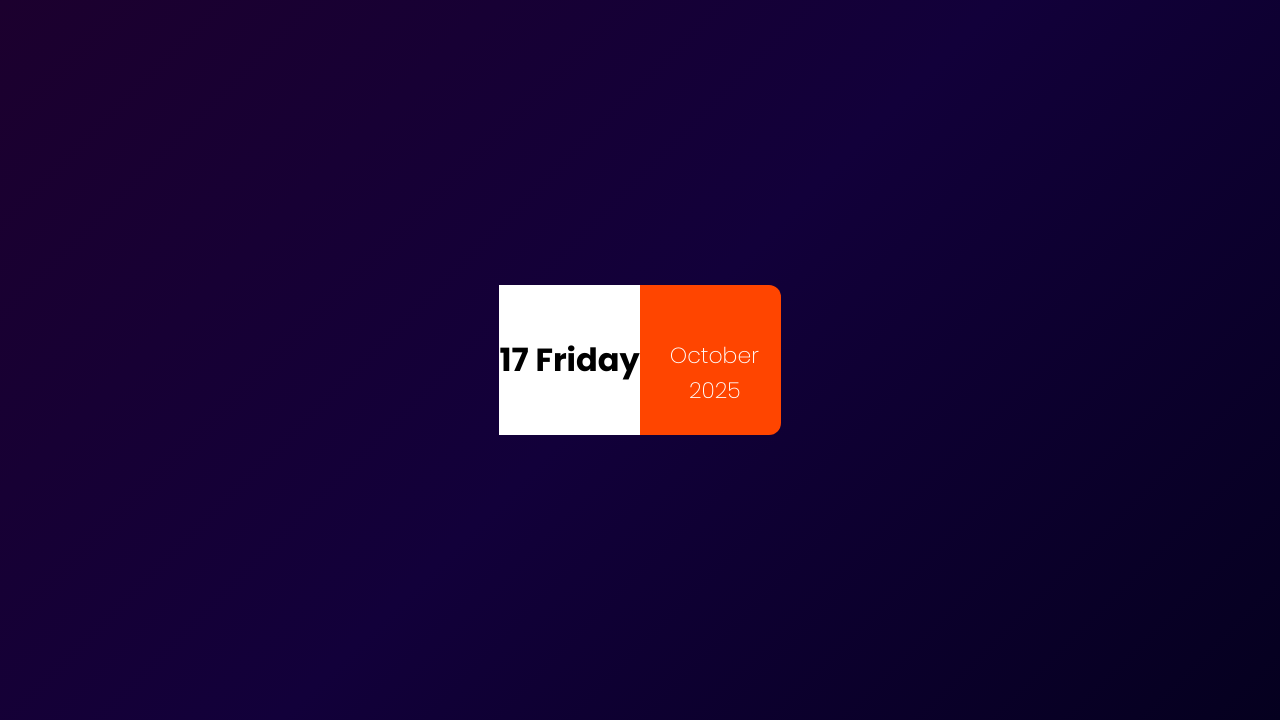
Repository: Ankitkr2021/Calendar
Page: index.html
These files come from the project's save history. The page is drawn as it stood at one moment and after the next save; the edit follows.
The browser window is 1280 px wide. The pictures show the whole page.

Above is the page before, as saved 2025-10-17 19:31:12.

### index.html
<!DOCTYPE html>
<html lang="en">
<head>
    <meta charset="UTF-8">
    <meta name="viewport" content="width=device-width, initial-scale=1.0">
    <title>Document</title>
    <link rel="stylesheet" href="./style.css">
</head>
<body>
    <div class="box">
        <div class="date"><h1>17 Friday</h1></div>
        <div class="month">
            <div class="mon">October</div>
            <div class="year">2025</div>
        </div>
    </div>
</body>
</html>

### style.css
@import url('https://fonts.googleapis.com/css2?family=Poppins:wght@100;200;300;400;500;600;700;800;900&display=swap');

*{
    margin: 0;
    padding: 0;
    box-sizing: border-box;
    font-family: "Poppins",sans-serif;
}

.box {
    display: flex;
    align-items: center;
    justify-content: center;
    height: 100vh;
    background: linear-gradient(135deg, #1c002e, #12003a 50%, #05001f 100%);
    color: #fff;
}

.date {
    background: #fff;
    color: #000;
    height: 150px;
    display: flex;
    align-items: center;
    justify-content: center;

}

.mon {
    /* display: flex;
    align-items: center;
    justify-content: center; */
    position: relative;
    left: 30px;
    top: 5px;
    font-size: 22px;
    font-weight: 200;
    margin-bottom: 20px;
}

.year {
    /* background: #fff; */
    position: relative;
    right: 40px;
    top: 30px;
     font-size: 22px;
    font-weight: 200;
}

.month{
    background: orangered;
    height: 150px;
    display: flex;
    align-items: center;
    justify-content: center;
    border-top-right-radius: 12px;
    border-bottom-right-radius: 12px;

}

After the next save:
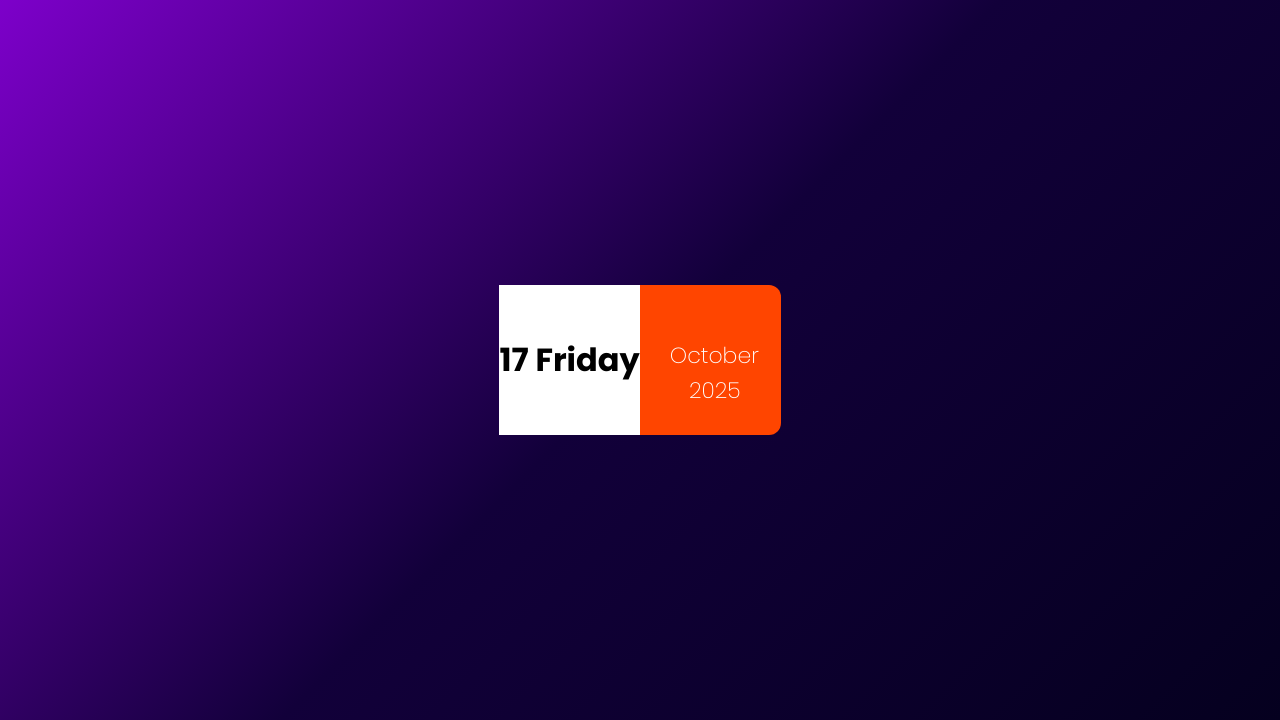
Saved 7 s later.
--- a/style.css
+++ b/style.css
@@ -12,7 +12,7 @@
     align-items: center;
     justify-content: center;
     height: 100vh;
-    background: linear-gradient(135deg, #1c002e, #12003a 50%, #05001f 100%);
+    background: linear-gradient(135deg, #7d00ca, #12003a 50%, #05001f 100%);
     color: #fff;
 }
 
